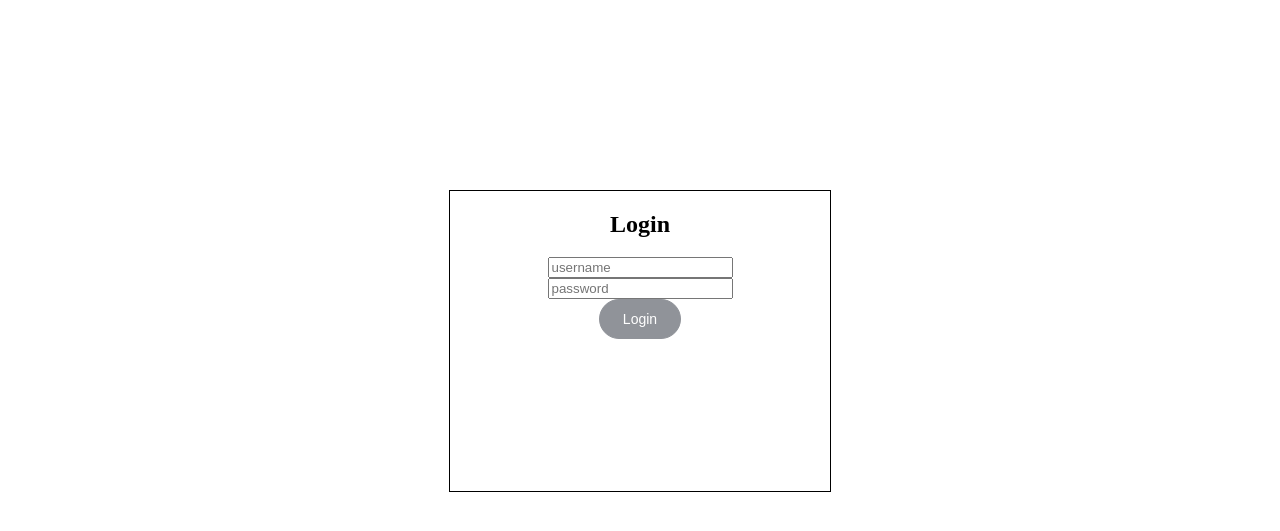
Repository: 951713487/net_shopping
Page: /
An editor plug-in stored every save of this project. The page is shown before and after the next save, followed by the edit.
The browser window is 1280 px wide. The pictures show the whole page.
The project was rebuilt for these pictures with package versions that can differ from the ones it lists, and the page was loaded fresh each time.

Above is the page before, as saved 2020-03-17 14:28:47.

After the next save:
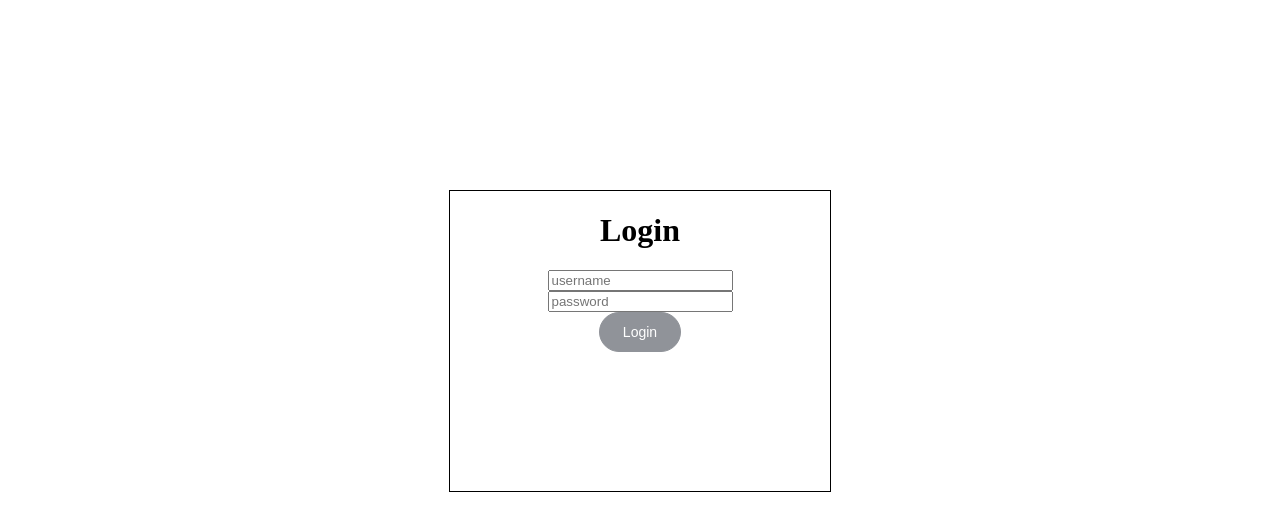
Saved 15 s later.
--- a/src/components/Login.vue
+++ b/src/components/Login.vue
@@ -1,6 +1,6 @@
 <template>
   <div id="login_box">
-    <h2>Login</h2>
+    <h1>Login</h1>
     <div>
       <input placeholder="username" prefix-icon="el-icon-search" v-model="input1" type="text" />
     </div>
